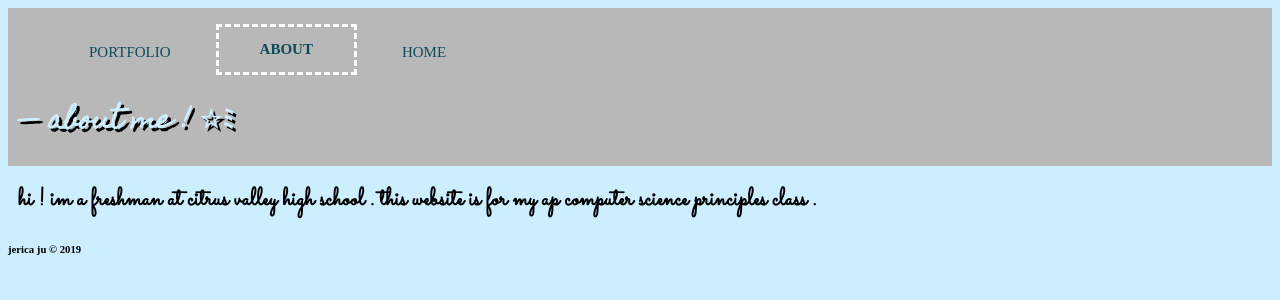
Repository: zoowee/zoowee.github.io
Page: about.html
The author's editor kept a record of every edit. The page is drawn from the files as they stood at one moment, then again after the next edit.
The browser window is 1280 px wide. The pictures show the whole page.

Above is the page before.

After the next edit:
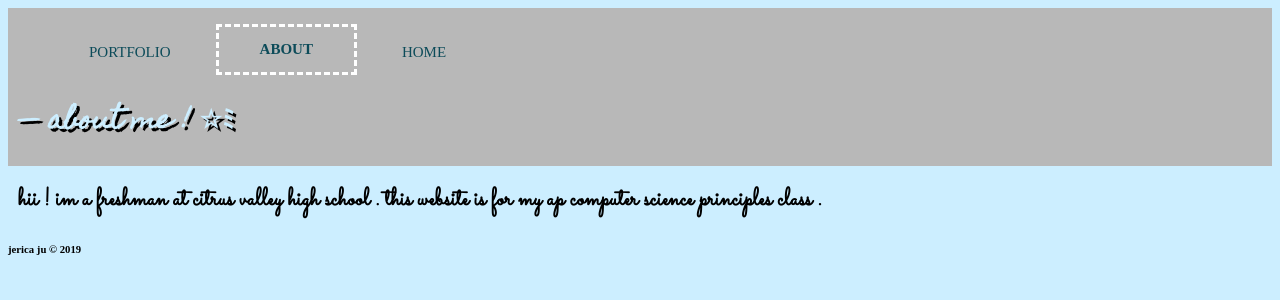
The edit:
--- a/about.html
+++ b/about.html
@@ -22,7 +22,7 @@
             </div>
         </header>
             <h1 class = "me">
-                hi ! im a freshman at citrus valley high school . this website is for my ap computer science principles class .
+                hii ! im a freshman at citrus valley high school . this website is for my ap computer science principles class .
             </h1>
         <footer>
             <h6>jerica ju © 2019</h6>
